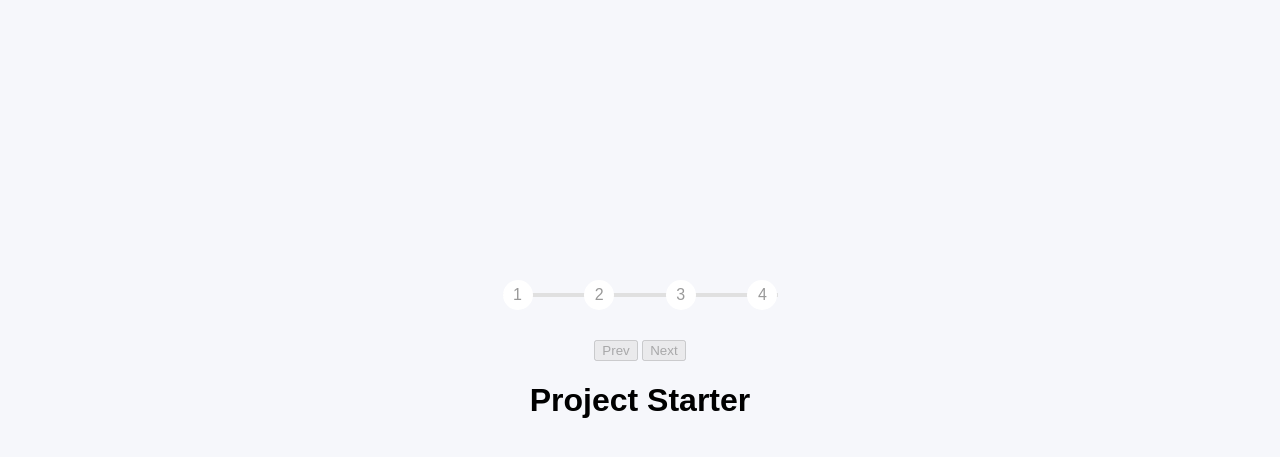
Repository: Williamlmachado/Progress-steps
Page: index.html
An editor plug-in stored every save of this project. The page is shown before and after the next save, followed by the edit.
The browser window is 1280 px wide. The pictures show the whole page.
Some web fonts or font styles are not loaded; a fallback is used.

Above is the page before, as saved 2021-08-11 09:48:32.

After the next save:
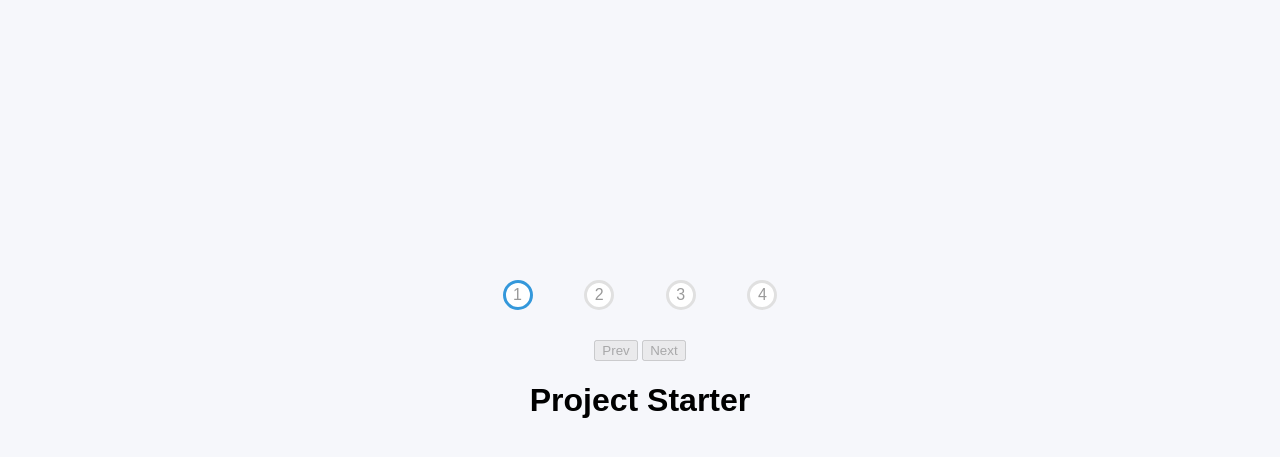
Saved 63 s later.
--- a/style.css
+++ b/style.css
@@ -2,7 +2,7 @@
 
 :root{
     --line-bord-fill: #3498db;
-    --line-border-empty: #e0e0e0;
+    --line-bord-empty: #e0e0e0;
 }
 *{
     box-sizing: border-box;
@@ -41,7 +41,7 @@ body{
     z-index: -1;
 }
 .progress{
-    background-color: var(--line-border-f);
+    background-color: var(--line-bord-fill);
     position: absolute;
     top:50%;
     left: 0;
@@ -60,9 +60,9 @@ body{
     display: flex;
     align-items: center;
     justify-content: center;
-    border: 3px;;
+    border: 3px solid var(--line-bord-empty);
     transition: .4s ease;
 }
 .circle.active{
-    border-color: #3498db;
+    border-color: var(--line-bord-fill);
 }
